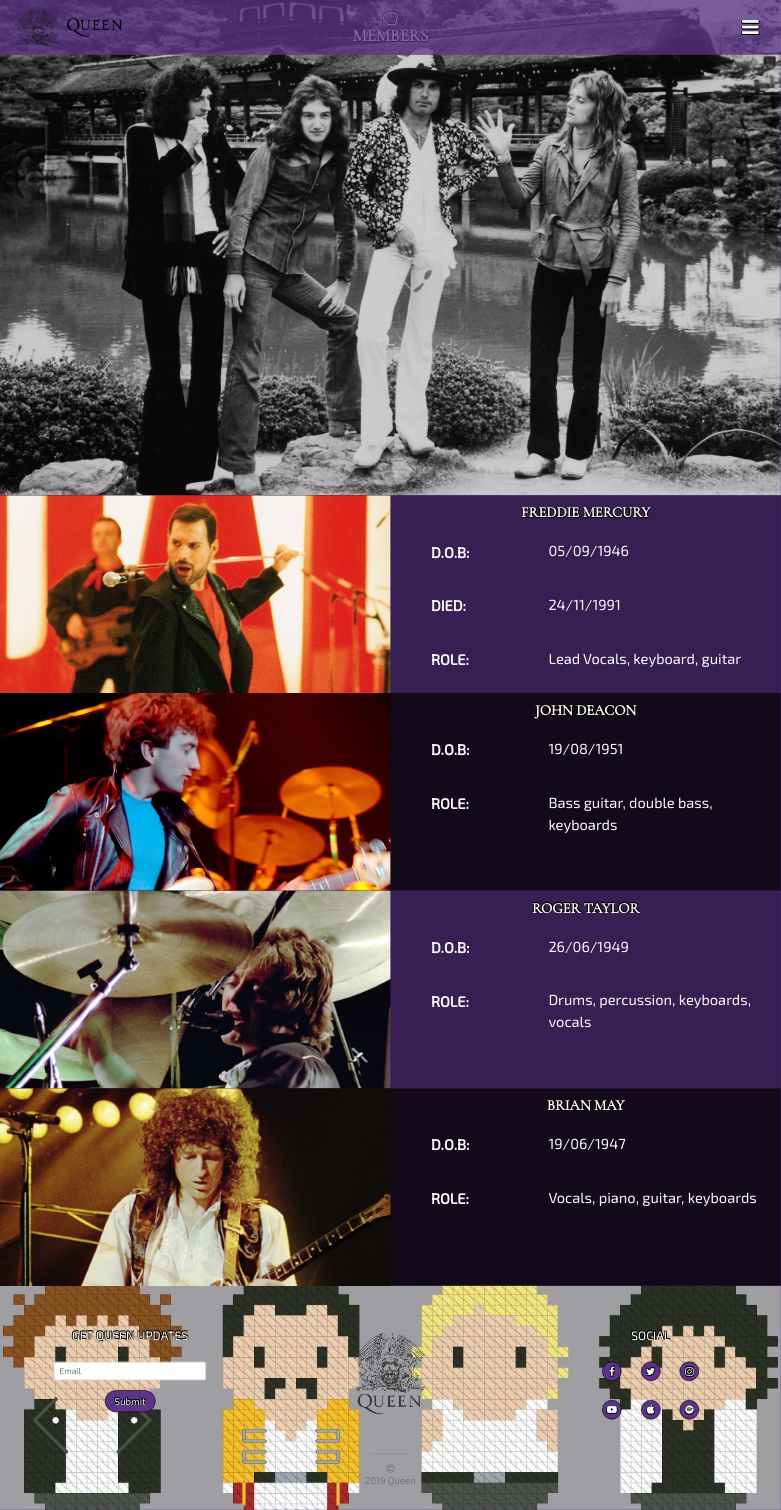
Repository: Olan1/Queen---The-Unofficial-Site
Page: members.html
The author's editor kept a record of every edit. The page is drawn from the files as they stood at one moment, then again after the next edit.
The browser window is 1280 px wide. The pictures show the whole page, at 61% of full size.

Above is the page before.

### members.html
<!DOCTYPE html>
<html lang="en">

<head>
    <meta charset="UTF-8">
    <meta name="viewport" content="width=device-width, initial-scale=1.0">
    <meta http-equiv="X-UA-Compatible" content="ie=edge">
    <link rel="stylesheet" href="https://stackpath.bootstrapcdn.com/bootstrap/4.3.1/css/bootstrap.min.css">
    <link rel="stylesheet" href="https://stackpath.bootstrapcdn.com/font-awesome/4.7.0/css/font-awesome.min.css">
    <link rel="stylesheet" href="assets/css/style.css">
    <link rel="shortcut icon" href="assets/images/head/Q.png">
    <!--Source: https://stackoverflow.com/questions/10691021/how-to-insert-logo-with-the-title-of-a-html-page-->
    <title>Members</title>
</head>

<body>
    <!--Header-->
    <header id="home" class="container-fluid members-header-container text-outline">
        <nav class="navbar navbar-light nav-bg-color fixed-top">
            <a href="index.html" class="navbar-brand" data-toggle="tooltip" title="Home">
                <img class="img-fluid" src="assets/images/header/queen-coat-of-arms.png">
                <img class="img-fluid d-none d-sm-inline-block" src="assets/images/header/queen-logo.png">
            </a>
            <button class="navbar-toggler ml-auto mr-2 text-outline" type="button" data-toggle="collapse" data-target="#navbarNavDropdown" aria-controls="navbarNavDropdown" aria-expanded="false" aria-label="Toggle navigation">
                <i class="fa fa-bars"></i>
            </button>
            <div class="collapse navbar-collapse justify-content-end" id="navbarNavDropdown">
                <ul class="navbar-nav mr-2">
                    <li class="nav-item "><a href="index.html" class="nav-link">Home</a></li>
                    <li class="nav-item "><a href="members.html" class="nav-link">Members</a></li>
                    <li class="nav-item"><a href="gallery.html" class="nav-link">Gallery</a></li>
                    <li class="nav-item"><a href="music.html" class="nav-link">Music</a></li>
                    <li class="nav-item"><a href="film.html" class="nav-link">Film</a></li>
                    <li class="nav-item"><a href="store.html" class="nav-link">Store</a></li>
                    <li class="nav-item"><a href="sign-up.html" class="nav-link">Sign Up</a></li>
                </ul>
            </div>
        </nav>
        <div class="padding-top">
            <h3 class="uppercase text-outline"><i class="fa fa-hand-rock-o" aria-hidden="true"></i>Members</h3>
        </div>
    </header>
    <!-- /.Header -->

    <!--Band Members Section-->
    <section id="members" class="container-fluid members-container">

        <!--Freddie Mercury-->
        <div class="bg-fade-light">
            <div class="row no-gutters info-container">
                <div class="col-lg-6">
                    <img class="img-fluid" src="assets/images/members/freddie-mercury.png" alt="Freddie Mercury">
                </div>
                <!--Source: Code Institutes front end resume project-->
                <div class="col-lg-6 section-column">
                    <div class="row">
                        <div class="col-12">
                            <h4 class="member-heading uppercase text-outline">
                                Freddie Mercury
                            </h4>
                        </div>
                    </div>
                    <div class="personal-info-item">
                        <div class="key">
                            <p class="uppercase">
                                D.O.B:
                            </p>
                        </div>
                        <div class="value">
                            <p>
                                05/09/1946
                            </p>
                        </div>
                    </div>
                    <div class="personal-info-item">
                        <div class="key">
                            <p class="uppercase">
                                Died:
                            </p>
                        </div>
                        <div class="value">
                            <p>
                                24/11/1991
                            </p>
                        </div>
                    </div>
                    <div class="personal-info-item">
                        <div class="key">
                            <p class="uppercase">
                                Role:
                            </p>
                        </div>
                        <div class="value">
                            <p>
                                Lead Vocals, keyboard, guitar
                            </p>
                        </div>
                    </div>
                </div>
            </div>
        </div>

        <!--John Deacon-->
        <div class="bg-fade-dark">
            <div class="row no-gutters info-container">
                <div class="col-lg-6">
                    <img class="img-fluid" src="assets/images/members/john-deacon.png" alt="John Deacon">
                </div>
                <!--Source: Code Institutes front end resume project-->
                <div class="col-lg-6 section-column">
                    <div class="row">
                        <div class="col-12">
                            <h4 class="member-heading uppercase text-outline">
                                John Deacon
                            </h4>
                        </div>
                    </div>
                    <div class="personal-info-item">
                        <div class="key">
                            <p class="uppercase">
                                D.O.B:
                            </p>
                        </div>
                        <div class="value">
                            <p>
                                19/08/1951
                            </p>
                        </div>
                    </div>
                    <div class="personal-info-item">
                        <div class="key">
                            <p class="uppercase">
                                Role:
                            </p>
                        </div>
                        <div class="value">
                            <p>
                                Bass guitar, double bass, keyboards
                            </p>
                        </div>
                    </div>
                </div>
            </div>
        </div>

        <!--Roger Taylor-->
        <div class="bg-fade-light">
            <div class="row no-gutters info-container">
                <div class="col-lg-6">
                    <img class="img-fluid" src="assets/images/members/roger-taylor.png" alt="Roger Taylor">
                </div>
                <!--Source: Code Institutes front end resume project-->
                <div class="col-lg-6 section-column">
                    <div class="row">
                        <div class="col-12">
                            <h4 class="member-heading uppercase text-outline">
                                Roger Taylor
                            </h4>
                        </div>
                    </div>
                    <div class="personal-info-item">
                        <div class="key">
                            <p class="uppercase">
                                D.O.B:
                            </p>
                        </div>
                        <div class="value">
                            <p>
                                26/06/1949
                            </p>
                        </div>
                    </div>
                    <div class="personal-info-item">
                        <div class="key">
                            <p class="uppercase">
                                Role:
                            </p>
                        </div>
                        <div class="value">
                            <p>
                                Drums, percussion, keyboards, vocals
                            </p>
                        </div>
                    </div>
                </div>
            </div>
        </div>

        <!--Brian May-->
        <div class="bg-fade-dark">
            <div class="row no-gutters info-container">
                <div class="col-lg-6">
                    <img class="img-fluid pb-2" src="assets/images/members/brian-may.png" alt="Brian May">
                </div>
                <!--Source: Code Institutes front end resume project-->
                <div class="col-lg-6 section-column">
                    <div class="row">
                        <div class="col-12">
                            <h4 class="member-heading uppercase text-outline">
                                Brian May
                            </h4>
                        </div>
                    </div>
                    <div class="personal-info-item">
                        <div class="key">
                            <p class="uppercase">
                                D.O.B:
                            </p>
                        </div>
                        <div class="value">
                            <p>
                                19/06/1947
                            </p>
                        </div>
                    </div>
                    <div class="personal-info-item">
                        <div class="key">
                            <p class="uppercase">
                                Role:
                            </p>
                        </div>
                        <div class="value">
                            <p>
                                Vocals, piano, guitar, keyboards
                            </p>
                        </div>
                    </div>
                </div>
            </div>
        </div>
    </section>
    <!-- /.Band Members Section-->

    <!--Footer-->
    <footer id="footer" class="container-fluid footer-container">
        <div class="row pt-5">

            <!--Form-->
            <div class="col-sm-4 align-center pb-2 text-outline">
                <h5 class="uppercase text-white pb-4">Get Queen Updates</h5>
                <form class="form-sm justify-content-center inline-block">
                    <div class="form-group">
                        <input type="email" class="form-control form-control-sm" id="emailUpdates" aria-describedby="emailHelp" placeholder="Email">
                    </div>
                    <button type="submit" class="btn my-btn text-outline">Submit</button>
                </form>
                <hr class="divider d-sm-none">
            </div>

            <!--Logo-->
            <div class="col-sm-4 align-center pb-2">
                <a href="#home" data-toggle="tooltip" title="Top">
                    <img class="img-fluid footer-logo" src="assets/images/footer/queen-full-logo.png" alt="image unavailable">
                </a>
                <hr class="divider d-sm-none">
            </div>

            <!--Social-->
            <div class="col-sm-4  align-center pb-2 text-outline">
                <h5 class="uppercase text-white pb-4">Social</h5>
                <ul class="list-inline social-links">
                    <li class="list-inline-item ">
                        <a href="https://www.facebook.com/Queen/" target="_blank">
                            <i class="fa fa-facebook"></i>
                            <span class="sr-only">Facebook</span>
                        </a>
                    </li>
                    <li class="list-inline-item">
                        <a href="https://twitter.com/QueenWillRock?ref_src=twsrc%5Egoogle%7Ctwcamp%5Eserp%7Ctwgr%5Eauthor" target="_blank">
                            <i class="fa fa-twitter"></i>
                            <span class="sr-only">Twitter</span>
                        </a>
                    </li>
                    <li class="list-inline-item">
                        <a href="https://www.instagram.com/officialqueenmusic/" target="_blank">
                            <i class="fa fa-instagram"></i>
                            <span class="sr-only">Instagram</span>
                        </a>
                    </li>
                </ul>
                <ul class="list-inline social-links">
                    <li class="list-inline-item">
                        <a href="https://www.youtube.com/user/queenofficial/videos?app=desktop" target="_blank">
                            <i class="fa fa-youtube-play"></i>
                            <span class="sr-only">YouTube</span>
                        </a>
                    </li>
                    <li class="list-inline-item">
                        <a href="https://music.apple.com/us/artist/queen/3296287" target="_blank">
                            <i class="fa fa-apple"></i>
                            <span class="sr-only">Apple Music</span>
                        </a>
                    </li>
                    <li class="list-inline-item">
                        <a href="https://open.spotify.com/artist/1dfeR4HaWDbWqFHLkxsg1d" target="_blank">
                            <i class="fa fa-spotify"></i>
                            <span class="sr-only">Spotify</span>
                        </a>
                    </li>
                </ul>
                <hr class="divider d-sm-none">
            </div>

            <div class="col align-center">
                <hr class="d-none d-sm-block divider">
                <p class="text-muted"><i class="fa fa-copyright"></i> 2019 Queen</p>
            </div>
        </div>
    </footer>
    <!-- /.Footer-->

    <script src="https://code.jquery.com/jquery-3.3.1.slim.min.js" integrity="sha384-q8i/X+965DzO0rT7abK41JStQIAqVgRVzpbzo5smXKp4YfRvH+8abtTE1Pi6jizo" crossorigin="anonymous"></script>
    <script src="https://cdnjs.cloudflare.com/ajax/libs/popper.js/1.14.7/umd/popper.min.js" integrity="sha384-UO2eT0CpHqdSJQ6hJty5KVphtPhzWj9WO1clHTMGa3JDZwrnQq4sF86dIHNDz0W1" crossorigin="anonymous"></script>
    <script src="https://stackpath.bootstrapcdn.com/bootstrap/4.3.1/js/bootstrap.min.js" integrity="sha384-JjSmVgyd0p3pXB1rRibZUAYoIIy6OrQ6VrjIEaFf/nJGzIxFDsf4x0xIM+B07jRM" crossorigin="anonymous"></script>
</body>

</html>

Loaded but not shown: assets/css/style.css (686 lines, source omitted)

After the next edit:
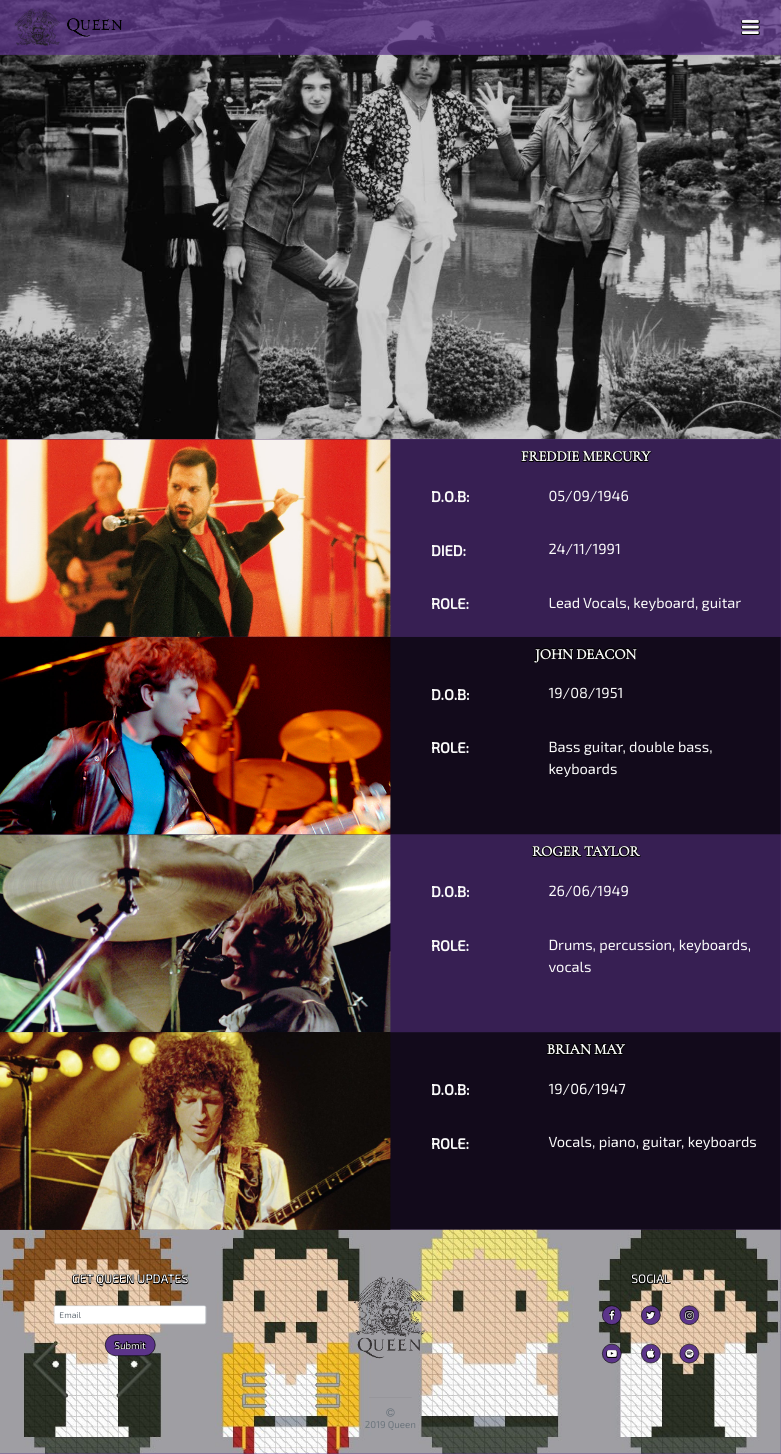
The edit:
--- a/members.html
+++ b/members.html
@@ -36,9 +36,6 @@
                 </ul>
             </div>
         </nav>
-        <div class="padding-top">
-            <h3 class="uppercase text-outline"><i class="fa fa-hand-rock-o" aria-hidden="true"></i>Members</h3>
-        </div>
     </header>
     <!-- /.Header -->
 
